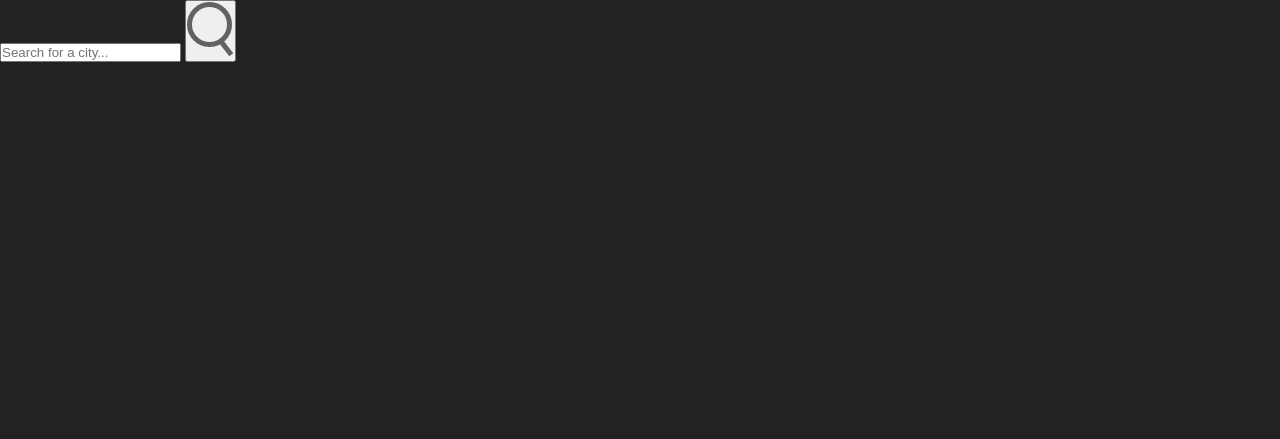
Repository: Abdelilah-Lakrim/Weather-App
Page: index.html
The author's editor kept a copy of each file at every save. The page is drawn from the files as they stood at one save, then again after a run of saves.
The browser window is 1280 px wide. The pictures show the whole page.

Above is the page before, as saved 2025-06-17 10:59:52.

### index.html
<!DOCTYPE html>
<html>
<head>
    <meta charset="UTF-8" />
    <title>Weather App</title>
    <link rel="stylesheet" href="style.css" >
</head>
<body>

    <div class="card">
        <div class="search">
            <input type="text" placeholder="Search for a city..." spellcheck="false" />
            <button><img src="images/search.png"></button>
        </div>
    </div>

</body>
</html>

### style.css
*{
    margin: 0;
    padding: 0;
    font-family: 'Poppins', sans-serif;
    box-sizing: border-box;
}
body{
    background-color: #222;
    color: #333;
}
.card

After the next 2 saves:
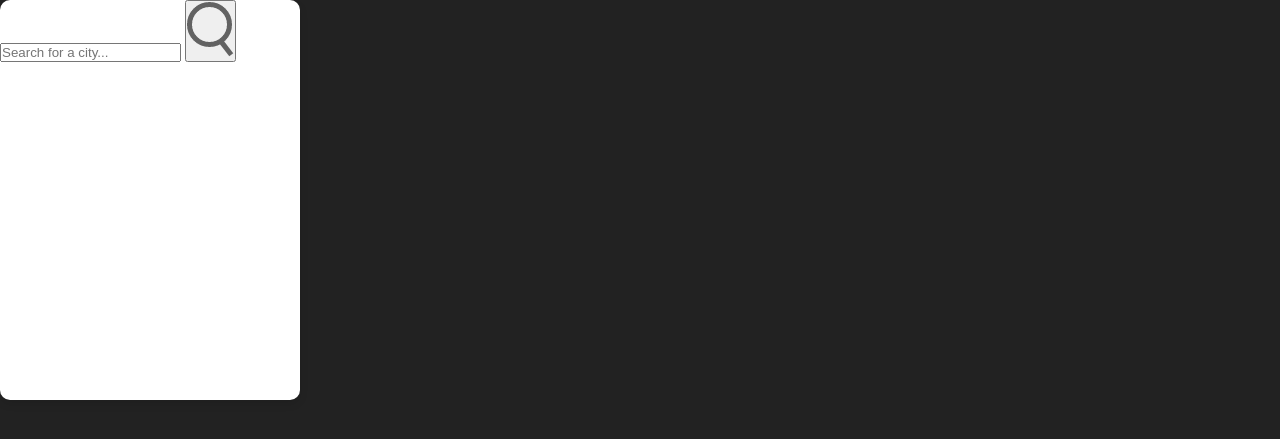
The 2 saves are shown as one change because they came seconds apart.
The last was saved 6 s later.
--- a/style.css
+++ b/style.css
@@ -8,4 +8,12 @@ body{
     background-color: #222;
     color: #333;
 }
-.card
+.card{
+    width: 300px;
+    height: 400px;
+    background-color: #fff;
+    border-radius: 10px;
+    box-shadow: 0 4px 8px rgba(0, 0, 0, 0.1);
+    overflow: hidden;
+    position: relative;
+}
